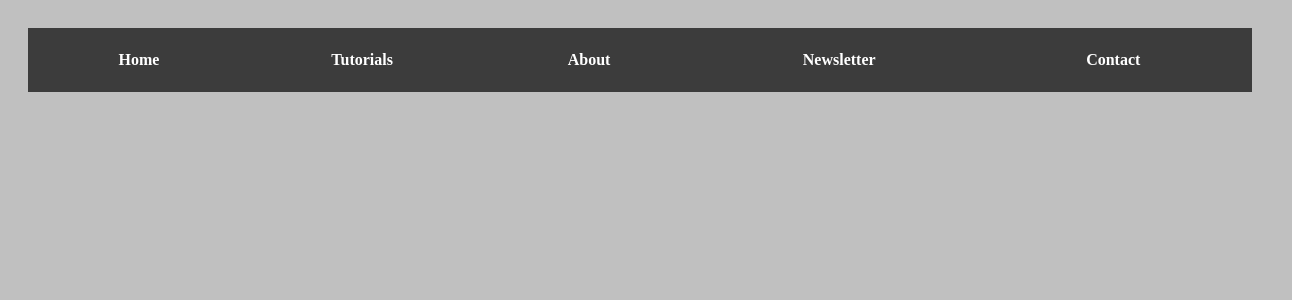
Repository: Helianthusss/Learn-CPP
Page: HTML/bai2.html
The author's editor kept a copy of each file at every save. The page is drawn from the files as they stood at one save, then again after the next save.
The browser window is 1280 px wide. The page is 1280 px wide, then 1292 px, so the pictures cover 1292 px, including what lies to the right of the window. The pictures show the whole page.

Above is the page before, as saved 2021-09-15 12:21:03.

After the next save:
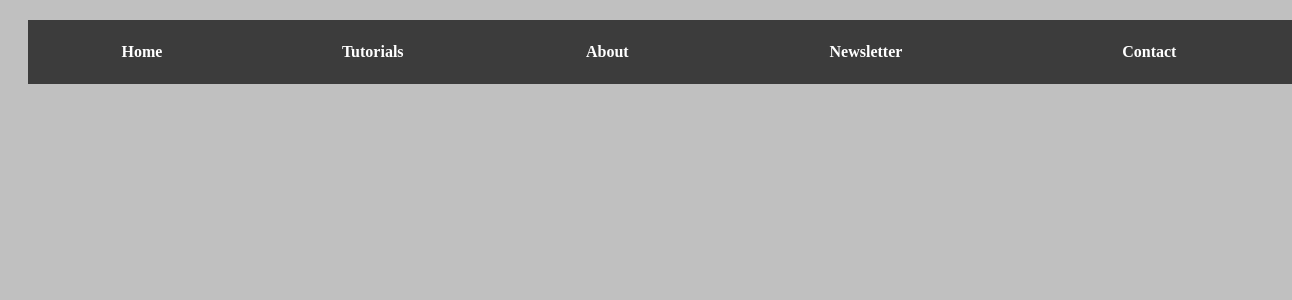
Saved 20 s later.
--- a/HTML/bai2.html
+++ b/HTML/bai2.html
@@ -10,13 +10,12 @@
         background-color:rgb(60, 60, 60);
         color:white;
         padding: 20px;
-        margin:0px;
+        margin:20px;
         font-family: 'Times New Roman', Times, serif;
        }
      body{
         background-color: silver;
         color:white;
-        padding: 20px;
         font-family: 'Times New Roman', Times, serif;
      }
     </style>
